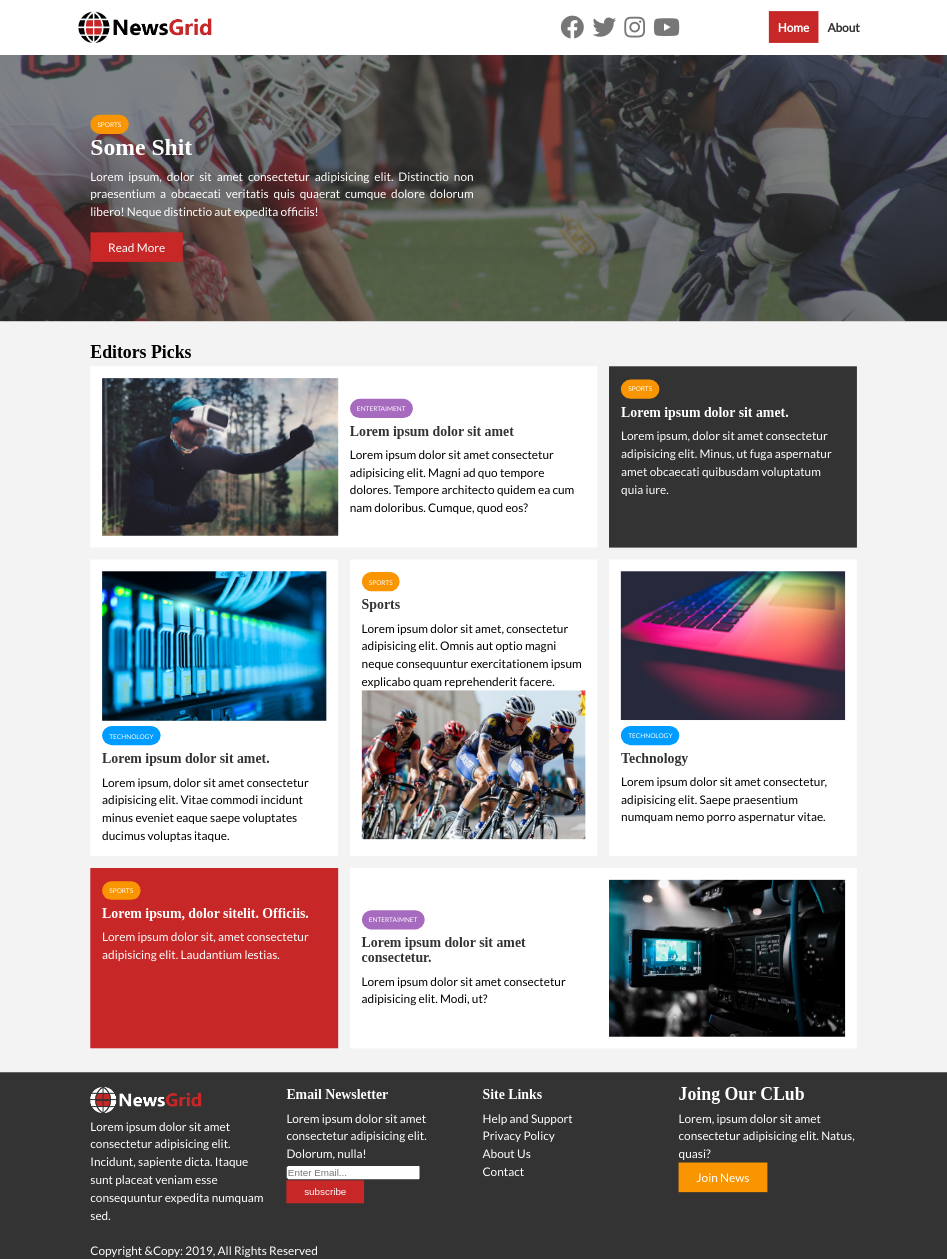
Repository: EswinGiova/NewsGrid
Page: index.html
These files come from the project's save history. The page is drawn as it stood at one moment and after the next save; the edit follows.
The browser window is 1280 px wide. The pictures show the whole page, at 74% of full size.
Some web libraries are served in a nearby version.

Above is the page before, as saved 2020-09-20 15:50:29.

### index.html
<!DOCTYPE html>
<html lang="en">
  <head>
    <meta charset="UTF-8" />
    <meta name="viewport" content="width=device-width, initial-scale=1.0" />
    <link rel="shortcut icon" type="image/x-icon" href="favicon.ico" />
    <link
      href="https://fonts.googleapis.com/css2?family=Lato&family=Staatliches&display=swap"
      rel="stylesheet"
    />
    <link rel="stylesheet" href="./css/style.css" />
    <link
      rel="stylesheet"
      media="screen and (max-width: 768px)"
      href="./css/mobile.css"
    />

    <link
      rel="stylesheet"
      href="https://cdnjs.cloudflare.com/ajax/libs/font-awesome/5.14.0/css/all.min.css"
      integrity="sha512-1PKOgIY59xJ8Co8+NE6FZ+LOAZKjy+KY8iq0G4B3CyeY6wYHN3yt9PW0XpSriVlkMXe40PTKnXrLnZ9+fkDaog=="
      crossorigin="anonymous"
    />

    <title>NewsGrid | Latest News</title>
  </head>
  <body>
    <nav id="main-nav">
      <div class="container">
        <img src="./image_resources/logo.png" alt="" class="logo" />
        <div class="social">
          <a href="#" target="_blank"><i class="fab fa-facebook fa-2x"></i></a>
          <a href="#" target="_blank"><i class="fab fa-twitter fa-2x"></i></a>
          <a href="#" target="_blank"><i class="fab fa-instagram fa-2x"></i></a>
          <a href="#" target="_blank"><i class="fab fa-youtube fa-2x"></i></a>
        </div>
        <ul>
          <li><a href="#" class="current">Home</a></li>
          <li><a href="#">About </a></li>
        </ul>
      </div>
    </nav>

    <header id="showcase">
      <div class="container">
        <div class="showcase-container">
          <div class="showcase-content">
            <div class="category category-sports">Sports</div>
            <h1>Some Shit</h1>
            <p>
              Lorem ipsum, dolor sit amet consectetur adipisicing elit.
              Distinctio non praesentium a obcaecati veritatis quis quaerat
              cumque dolore dolorum libero! Neque distinctio aut expedita
              officiis!
            </p>
            <a href="./article.html" class="btn btn-primary">Read More </a>
          </div>
        </div>
      </div>
    </header>
    <!-- Hombe articles -->

    <section id="home-articles" class="py-2">
      <div class="container">
        <h2>Editors Picks</h2>
        <div class="articles-container">
          <article class="card">
            <img src="./image_resources/articles/ent1.jpg" alt="" />
            <div>
              <div class="category category-ent">Entertaiment</div>
              <h3>
                <a href="./article.html">Lorem ipsum dolor sit amet</a>
              </h3>
              <p>
                Lorem ipsum dolor sit amet consectetur adipisicing elit. Magni
                ad quo tempore dolores. Tempore architecto quidem ea cum nam
                doloribus. Cumque, quod eos?
              </p>
            </div>
          </article>
          <article class="card bg-dark">
            <div class="category category-sports">Sports</div>
            <h3>
              <a href="./article.html">Lorem ipsum dolor sit amet.</a>
            </h3>
            <p>
              Lorem ipsum, dolor sit amet consectetur adipisicing elit. Minus,
              ut fuga aspernatur amet obcaecati quibusdam voluptatum quia iure.
            </p>
          </article>

          <article class="card">
            <img src="./image_resources/articles/tech1.jpg" alt="" />
            <div class="category category-tech">Technology</div>
            <h3><a href="./article.html">Lorem ipsum dolor sit amet.</a></h3>
            <p>
              Lorem ipsum, dolor sit amet consectetur adipisicing elit. Vitae
              commodi incidunt minus eveniet eaque saepe voluptates ducimus
              voluptas itaque.
            </p>
          </article>

          <article class="card">
            <div class="category category-sports">Sports</div>
            <h3>
              <a href="./article.html">Sports</a>
            </h3>
            <p>
              Lorem ipsum dolor sit amet, consectetur adipisicing elit. Omnis
              aut optio magni neque consequuntur exercitationem ipsum explicabo
              quam reprehenderit facere.
            </p>
            <img src="./image_resources/articles/sports1.jpg" alt="" />
          </article>

          <article class="card">
            <img src="./image_resources/articles/tech2.jpg" alt="" />
            <div class="category category-tech">Technology</div>
            <h3><a href="./article.html">Technology</a></h3>
            <p>
              Lorem ipsum dolor sit amet consectetur, adipisicing elit. Saepe
              praesentium numquam nemo porro aspernatur vitae.
            </p>
          </article>
          <article class="card bg-primary">
            <div class="category category-sports">Sports</div>
            <h3>
              <a href="./article.html">Lorem ipsum, dolor sitelit. Officiis.</a>
            </h3>
            <p>
              Lorem ipsum dolor sit, amet consectetur adipisicing elit.
              Laudantium lestias.
            </p>
          </article>

          <article class="card">
            <div>
              <div class="category category-ent">Entertaimnet</div>
              <h3>
                <a href="./article.html"
                  >Lorem ipsum dolor sit amet consectetur.</a
                >
              </h3>
              <p>
                Lorem ipsum dolor sit amet consectetur adipisicing elit. Modi,
                ut?
              </p>
            </div>
            <img src="./image_resources/articles/ent2.jpg" alt="" />
          </article>
        </div>
      </div>
    </section>
    <footer id="main-footer">
      <div class="container footer-container">
        <div>
          <img src="./image_resources/logo_light.png" alt="news" />
          <p>
            Lorem ipsum dolor sit amet consectetur adipisicing elit. Incidunt,
            sapiente dicta. Itaque sunt placeat veniam esse consequuntur
            expedita numquam sed.
          </p>
        </div>
        <div>
          <h3>Email Newsletter</h3>
          <p>
            Lorem ipsum dolor sit amet consectetur adipisicing elit. Dolorum,
            nulla!
          </p>
          <form>
            <input type="email" placeholder="Enter Email..." />
            <input type="submit" value="subscribe" class="btn btn-primary" />
          </form>
        </div>
        <div>
          <h3>Site Links</h3>
          <ul class="list">
            <li><a href="#">Help and Support</a></li>
            <li><a href="#">Privacy Policy</a></li>
            <li><a href="#">About Us</a></li>
            <li><a href="#">Contact</a></li>
          </ul>
        </div>
        <div>
          <h2>Joing Our CLub</h2>
          <p>
            Lorem, ipsum dolor sit amet consectetur adipisicing elit. Natus,
            quasi?
          </p>
          <a href="#" class="btn btn-secondary">Join News</a>
        </div>
        <div>
          <p>Copyright &Copy: 2019, All Rights Reserved</p>
        </div>
      </div>
    </footer>
  </body>
</html>

### css/style.css
:root {
  --primary-color: #c72727;
  --secondary-color: #f99500;
  --light-color: #f3f3f3;
  --dark-color: #333;
  --max-width: 1100px;
}

.category {
  --sports-color: #f99500;
  --ent-color: #a66bbe;
  --tech-color: #009cff;
}
* {
  margin: 0;
  padding: 0;
  box-sizing: border-box;
}
body {
  font-family: 'Lato', sans-serif;
  line-height: 1.5;
  background: var(--light-color);
}

a {
  color: var(--dark-color);
  text-decoration: none;
}

ul {
  list-style: none;
}

img {
  width: 100%;
}

h1,
h2,
h3,
h4,
h5,
h6 {
  font-family: 'Staaliches', cursive;
  margin-bottom: 0.55rem;
  line-height: 1.3rem;
}

/*  utility class */

.container {
  max-width: var(--max-width);
  margin: auto;
  padding: 0 2rem;
  overflow: hidden;
}

/* category */

.category {
  display: inline-block;
  color: #fff;
  font-size: 0.55rem;
  text-transform: uppercase;
  padding: 0.4rem 0.6rem;
  border-radius: 15px;
  margin-bottom: 0.5rem;
}

.category-sports {
  background: var(--sports-color);
}
.category-ent {
  background: var(--ent-color);
}
.category-tech {
  background: var(--tech-color);
}

/* btn */

.btn {
  display: inline-block;
  border: none;
  background: var(--dark-color);
  color: #fff;
  padding: 0.5rem 1.5rem;
}

.btn-light {
  background: var(--light-color);
}
.btn-primary {
  background: var(--primary-color);
}
.btn-secondary {
  background: var(--secondary-color);
}
.btn:hover {
  opacity: 0.8;
}

.btn-block {
  display: block;
  width: 100%;
  text-align: center;
}

/* cards */

.card {
  background: white;
  padding: 1rem;
}

.bg-dark {
  background: var(--dark-color);
  color: white;
}
.bg-primary {
  background: var(--primary-color);
  color: white;
}
.bg-secondary {
  background: var(--secondary-color);
  color: #fff;
}
.py-1 {
  padding: 1.5rem 0;
}
.py-2 {
  padding: 2rem 0;
}
.py-3 {
  padding: 3rem 0;
}
.p-1 {
  padding: 1.5rem;
}
.p-2 {
  padding: 2rem;
}
.p-3 {
  padding: 3rem;
}

.bg-dark h1,
.bg-dark h2,
.bg-dark h3,
.bg-dark a,
.bg-primary h1,
.bg-primary h2,
.bg-primary h3,
.bg-primary a,
.bg-secondary h1,
.bg-secondary h2,
.bg-secondary h3,
.bg-secondary a {
  color: #fff;
}

/* Navigation */
#main-nav {
  background: #fff;
  position: sticky;
  top: 0;
  z-index: 2;
}

#main-nav .container {
  display: grid;
  grid-template-columns: 6fr 3fr 2fr;
  padding: 1rem;
  align-items: center;
}

#main-nav .logo {
  width: 180px;
}

#main-nav ul {
  display: flex;
  justify-self: end;
}

#main-nav ul li a {
  padding: 0.77rem;
  font-weight: bold;
}

#main-nav ul li .current {
  background: var(--primary-color);
  color: white;
}

#main-nav ul li .current:hover {
  background: var(--light-color);
  color: var(--dark-color);
}
#main-nav .social {
  justify-self: center;
}

#main-nav .social i {
  color: #777;
  margin-left: 0.5rem;
}

/* showcase */
#showcase {
  background: #333;
  color: #fff;
  position: relative;
}

#showcase:before {
  content: '';
  background: url('../image_resources/featured.jpg') center center/cover;
  position: absolute;
  top: 0;
  left: 0;
  width: 100%;
  height: 100%;
  opacity: 0.4;
}
#showcase .showcase-container {
  height: 50vh;
  display: grid;
  grid-template-columns: repeat(2, 1fr);
  justify-content: center;
  align-content: center;
}
#showcase .showcase-container .showcase-content {
  z-index: 2;
  text-align: justify;
}
#showcase .showcase-container .showcase-content p {
  margin: 1rem 0;
}
/* Home Articles  */

#home-articles .articles-container {
  display: grid;
  grid-template-columns: repeat(3, 1fr);
  grid-gap: 1rem;
}

#home-articles .articles-container > *:first-child,
#home-articles .articles-container > *:last-child {
  display: grid;
  grid-template-columns: repeat(2, 1fr);
  grid-column: 1 / span 2;
  grid-gap: 1rem;
  align-items: center;
}
#home-articles .articles-container > *:last-child {
  grid-column: 2 / span 2;
}

/* footer */
#main-footer {
  background: var(--dark-color);
  color: #fff;
}

#main-footer img {
  width: 150px;
}

#main-footer a {
  color: #fff;
}

#main-footer .footer-container {
  display: grid;
  grid-template-columns: repeat(4, 1fr);
  grid-gap: 1.5rem;
  padding-top: 20px;
}

#main-footer .footer-container > *:last-child {
  grid-column: 1 / span 3;
}

Loaded but not shown: css/mobile.css (no copy from this time; the picture is the same without it)

After the next save:
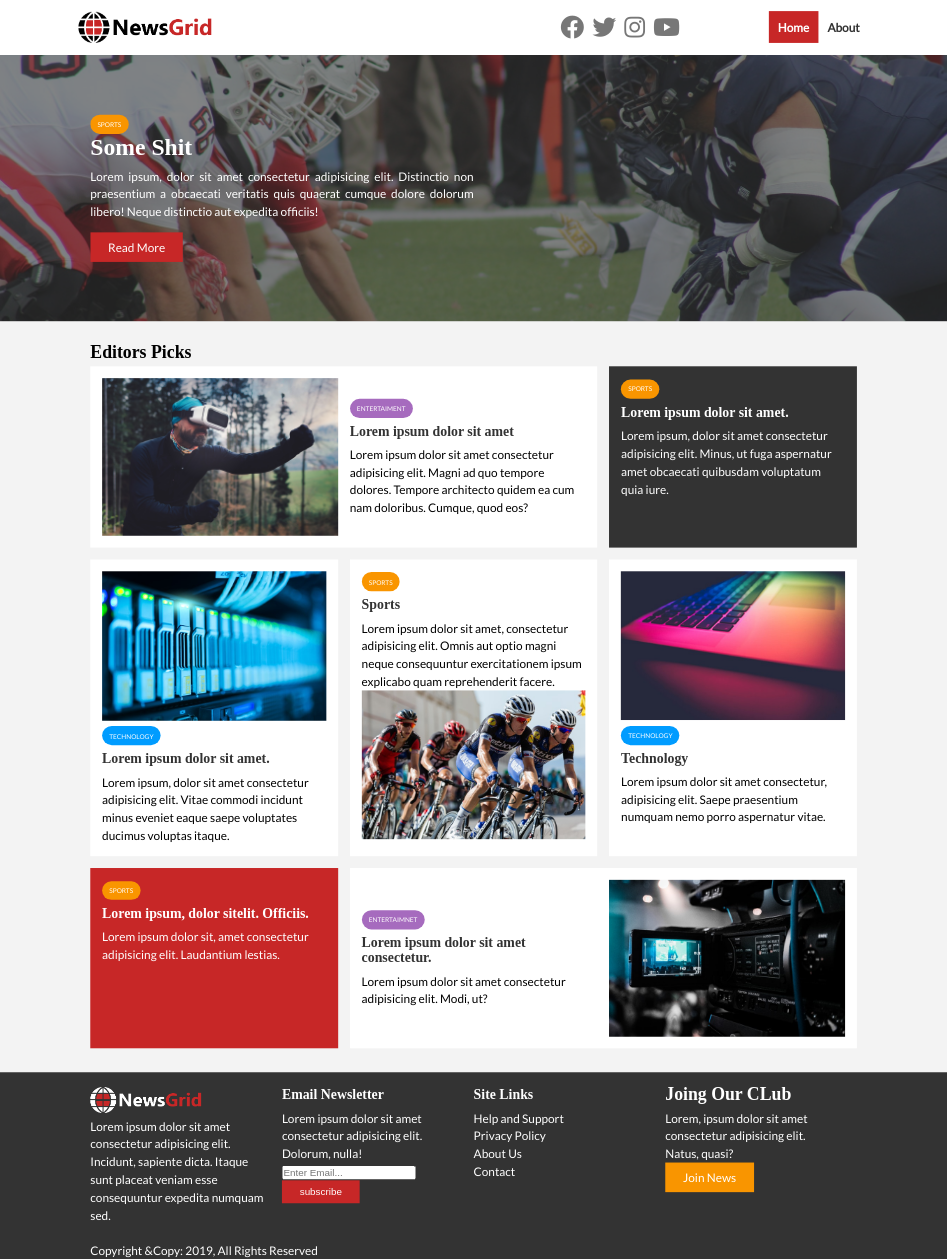
Saved 20 s later.
--- a/css/style.css
+++ b/css/style.css
@@ -279,5 +279,5 @@ h6 {
 }
 
 #main-footer .footer-container > *:last-child {
-  grid-column: 1 / span 3;
-}
+  grid-column: 1 / span 5;
+}
